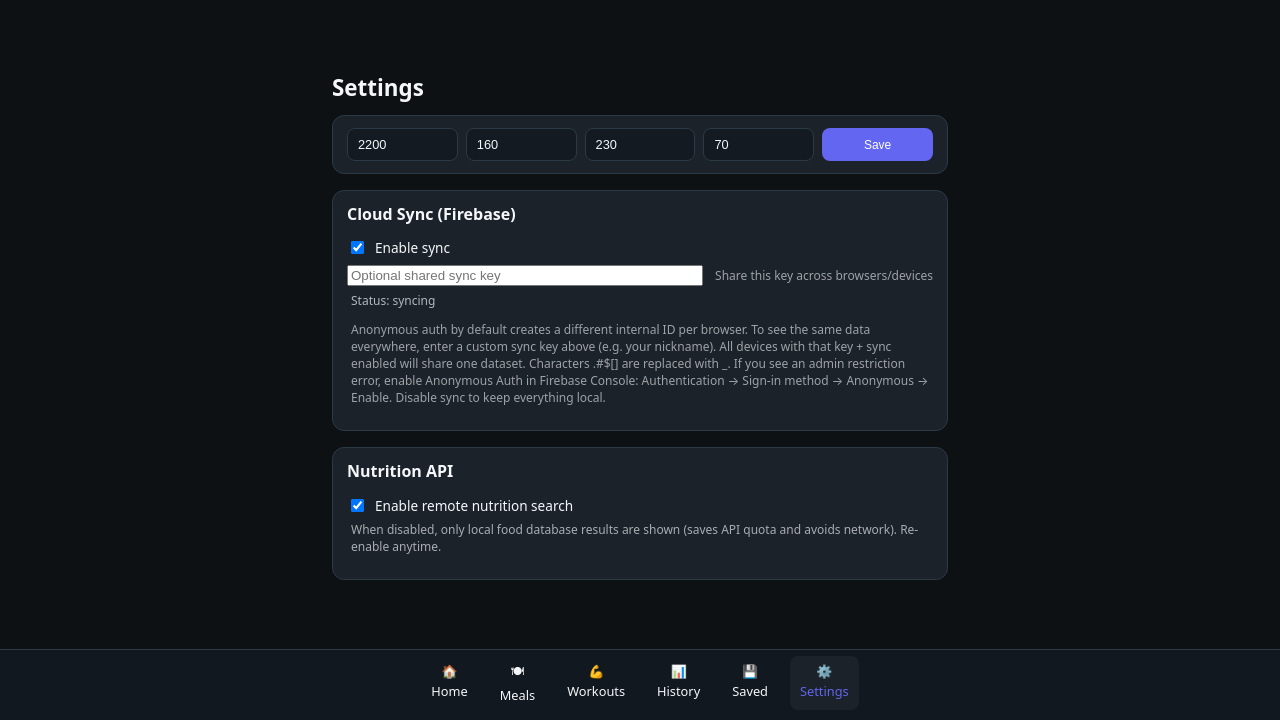
Repository: Ethxmnhz/minpline
Page: /settings
The author's editor kept a copy of each file at every save. The page is drawn from the files as they stood at one save, then again after the next save.
The browser window is 1280 px wide. The pictures show the whole page.
The page's requests for data from a server got no answer. The project was rebuilt for these pictures with package versions that can differ from the ones it lists, and the page was loaded fresh each time. No one was signed in, and anything a server would have sent is missing. Also part of the build but not shown: vite.config.ts, src/ui/ProgressBar.tsx, src/data/foods-indian.ts, src/services/nutritionApi.ts, src/ui/QuickFoodAdd.tsx, src/pages/Dashboard.tsx, src/pages/Meals.tsx, src/pages/Workouts.tsx and 2 more.

Above is the page before, as saved 2025-09-14 23:13:29.

After the next save:
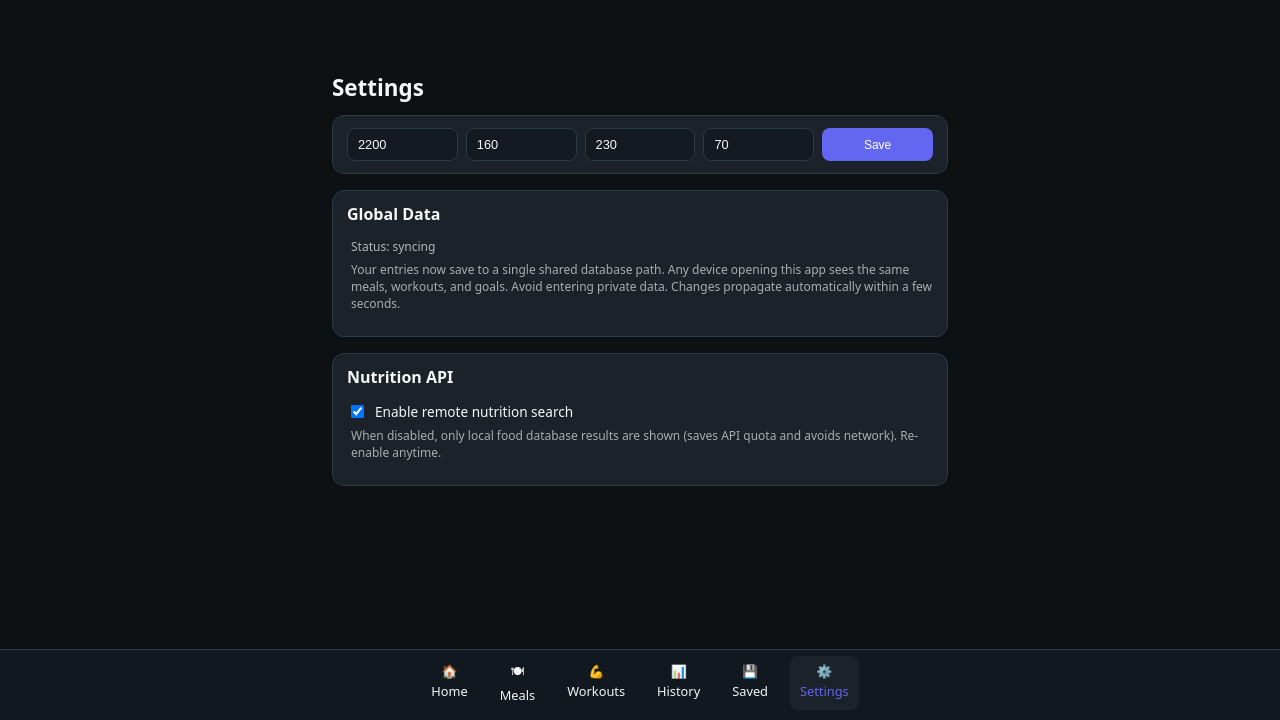
Saved 13 s later.
--- a/src/pages/Settings.tsx
+++ b/src/pages/Settings.tsx
@@ -5,15 +5,12 @@ export const Settings: React.FC = () => {
   const goals = useStore(s => s.goals);
   const setGoals = useStore(s => s.setGoals);
   const [draft, setDraft] = useState(goals);
-  const cloudEnabled = useStore(s => s.cloudEnabled);
-  const enableCloud = useStore(s => s.enableCloud);
   const cloudStatus = useStore(s => s.cloudStatus);
   const lastSync = useStore(s => s.lastSync);
   const cloudError = useStore(s => s.cloudError);
   const nutritionApiEnabled = useStore(s => s.nutritionApiEnabled);
   const setNutritionApiEnabled = useStore(s => s.setNutritionApiEnabled);
-  const syncKey = useStore(s => s.syncKey);
-  const setSyncKey = useStore(s => s.setSyncKey);
+  // syncKey deprecated in global mode
 
   const save = () => {
     setGoals(draft);
@@ -30,25 +27,13 @@ export const Settings: React.FC = () => {
         <button className="btn primary" onClick={save}>Save</button>
       </div>
       <div className="card" style={{marginTop:16}}>
-        <h2 style={{marginTop:0, fontSize:'1rem'}}>Cloud Sync (Firebase)</h2>
-        <label style={{display:'flex', alignItems:'center', gap:8, fontSize:'.85rem'}}>
-          <input type="checkbox" checked={cloudEnabled} onChange={e=>enableCloud(e.target.checked)} /> Enable sync
-        </label>
-        <div className="row" style={{marginTop:8, gap:8, alignItems:'center'}}>
-          <input style={{flex:1}} placeholder="Optional shared sync key" value={syncKey||''} onChange={e=>{
-            const raw = e.target.value;
-            const sanitized = raw.replace(/[.#$\[\]]/g,'_').slice(0,40);
-            setSyncKey(sanitized || null);
-          }} />
-          <span className="small" style={{opacity:.6}}>Share this key across browsers/devices</span>
-        </div>
-        <div className="small" style={{marginTop:6, opacity:.7}}>
+        <h2 style={{marginTop:0, fontSize:'1rem'}}>Global Data</h2>
+        <div className="small" style={{marginTop:4}}>
           Status: {cloudStatus}{lastSync && cloudStatus!=='syncing' ? ` • Last ${new Date(lastSync).toLocaleTimeString()}` : ''}
         </div>
         {cloudError && <div className="small" style={{color:'#f87171', marginTop:6}}>{cloudError}</div>}
-        <p className="small" style={{opacity:.6}}>
-          Anonymous auth by default creates a different internal ID per browser. To see the same data everywhere, enter a custom sync key above (e.g. your nickname). All devices with that key + sync enabled will share one dataset. Characters .#$[] are replaced with _.
-          If you see an admin restriction error, enable Anonymous Auth in Firebase Console: Authentication → Sign-in method → Anonymous → Enable. Disable sync to keep everything local.
+        <p className="small" style={{opacity:.65, marginTop:6}}>
+          Your entries now save to a single shared database path. Any device opening this app sees the same meals, workouts, and goals. Avoid entering private data. Changes propagate automatically within a few seconds.
         </p>
       </div>
       <div className="card" style={{marginTop:16}}>
